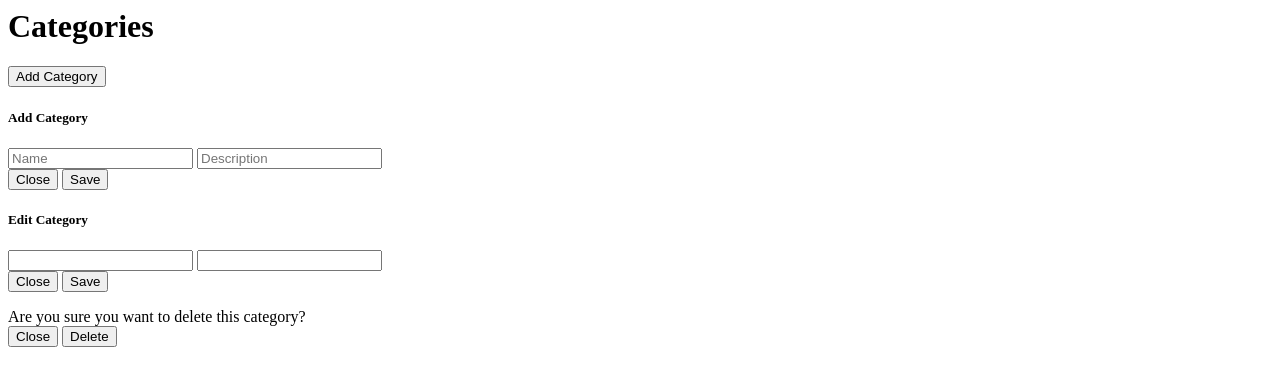
Repository: kanitafoco/kanita-foco
Page: frontend/views/categories.html
These files come from the project's save history. The page is drawn as it stood at one moment and after the next save; the edit follows.
The browser window is 1280 px wide. The pictures show the whole page.

Above is the page before, as saved 2025-12-09 21:21:09.
Console error: ReferenceError: $ is not defined

### frontend/views/categories.html
<div class="container py-4">
  <h1 class="mb-4">Categories</h1>

  <button class="btn btn-primary mb-3" onclick="CategoryService.openAddModal()">
      Add Category
  </button>

  <table id="categories-table" class="display table table-striped w-100"></table>


  <!-- Add Modal -->
  <div class="modal" id="addCategoryModal">
     <div class="modal-dialog">
       <div class="modal-content">
          <form id="addCategoryForm">
              <div class="modal-header"><h5 class="modal-title">Add Category</h5></div>
              <div class="modal-body">
                  <input class="form-control mb-2" name="name" placeholder="Name" required>
                  <input class="form-control mb-2" name="description" placeholder="Description" required>
              </div>
              <div class="modal-footer">
                  <button type="button" class="btn btn-secondary" onclick="CategoryService.closeModal()">Close</button>
                  <button type="submit" class="btn btn-primary">Save</button>
              </div>
          </form>
       </div>
     </div>
  </div>

  <!-- Edit Modal -->
  <div class="modal fade" id="editCategoryModal" tabindex="-1" role="dialog">
      <div class="modal-dialog">
          <div class="modal-content">
              <form id="editCategoryForm">

                  <input type="hidden" id="edit_category_id" name="category_id">

                  <div class="modal-header"><h5>Edit Category</h5></div>
                  <div class="modal-body">
                      <input class="form-control mb-2" id="edit_name" name="name" required>
                      <input class="form-control mb-2" id="edit_description" name="description" required>
                  </div>
                  <div class="modal-footer">
                      <button type="button" class="btn btn-secondary" onclick="CategoryService.closeModal()">Close</button>
                      <button type="submit" class="btn btn-primary">Save</button>
                  </div>
              </form>
          </div>
      </div>
  </div>

  <!-- Delete Modal -->
  <div class="modal" id="deleteCategoryModal">
      <div class="modal-dialog">
          <div class="modal-content">
              <input type="hidden" id="delete_category_id">
              <div class="modal-body">Are you sure you want to delete this category?</div>
              <div class="modal-footer">
                  <button class="btn btn-secondary" onclick="CategoryService.closeModal()">Close</button>
                  <button class="btn btn-danger" onclick="CategoryService.deleteCategory()">Delete</button>
              </div>
          </div>
      </div>
  </div>
</div>

<script>
  $(function () {
    CategoryService.init();
  });
</script>

After the next save:
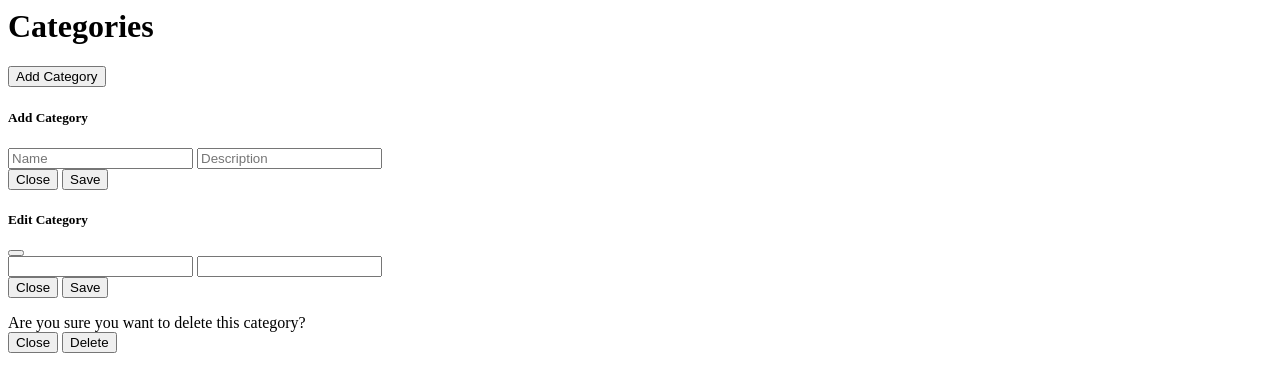
Saved 68 s later.
--- a/frontend/views/categories.html
+++ b/frontend/views/categories.html
@@ -35,7 +35,10 @@
 
                   <input type="hidden" id="edit_category_id" name="category_id">
 
-                  <div class="modal-header"><h5>Edit Category</h5></div>
+                  <div class="modal-header">
+                    <h5>Edit Category</h5>
+                    <button type="button" class="btn-close" data-bs-dismiss="modal"></button>
+                </div>
                   <div class="modal-body">
                       <input class="form-control mb-2" id="edit_name" name="name" required>
                       <input class="form-control mb-2" id="edit_description" name="description" required>
